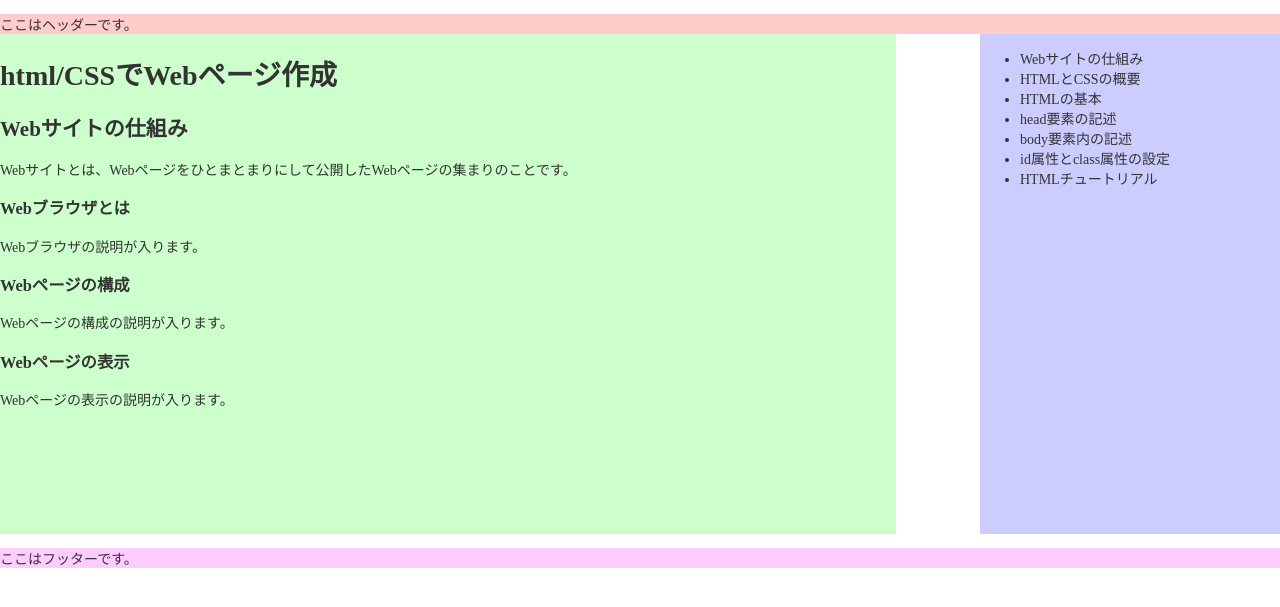
Repository: ichiro-fujii/kadai-commit
Page: lesson-htmlcss/kadai-html.html
The author's editor kept a record of every edit. The page is drawn from the files as they stood at one moment, then again after the next edit.
The browser window is 1280 px wide. The pictures show the whole page.

Above is the page before.

### lesson-htmlcss/kadai-html.html
<!DOCTYPE html>
<html lang="ja">
    <head>
        <meta charset="UTF-8">
        <title>HTML/CSSでＷｅｂページ作成</title>
        <link rel="stylesheet" href="kadai-css.css">
    </head>
    <body>
        <!--ここからヘッダー-->
        <header>
            <p>ここはヘッダーです。</p>
        </header>
        <!--wrapperはなぜ入れるのですか-->
        <div id="wrapper">
        <div id="main">
            <h1>html/CSSでWebページ作成</h1>
            <h2>Webサイトの仕組み</h2>
            <p>Webサイトとは、Webページをひとまとまりにして公開したWebページの集まりのことです。</p>
            <h3>Webブラウザとは</h3>
            <p>Webブラウザの説明が入ります。</p>
            <h3>Webページの構成</h3>
            <p>Webページの構成の説明が入ります。</p>
            <h3>Webページの表示</h3>
            <p>Webページの表示の説明が入ります。</p>
            </div>
            <nav id="menu">
                <ul>
                    <li>Webサイトの仕組み</li>
                    <li>HTMLとCSSの概要</li>
                    <li>HTMLの基本</li>
                    <li>head要素の記述</li>
                    <li>body要素内の記述</li>
                    <li>id属性とclass属性の設定</li>
                    <li>HTMLチュートリアル</li>
                </ul>
            </nav>
            </div>
            <footer>
            <p>ここはフッターです。</p>
        </footer>


    </body>
</html>

### lesson-htmlcss/kadai-css.css
@charset "UTF-8";
/*チャプター：全体の設定*/
body {

    margin: 0;
    padding: 0;
    color: #333;
    font-size: 14px;
}
header {
    height: 20px;
    background-color:#ffcccc;
    }
#wrapper {
    display: flex;
    justify-content:space-between;
}
#main {
    float: left;
    width: 70%;
    height: 500px;
    background-color: #ccffcc;
}
#menu {
    float: right;
    width: 300px;
    height: 500px;
    background-color: #ccccff;
}
footer {
    height: 20px;
    background-color: #ffccff;
}

After the next edit:
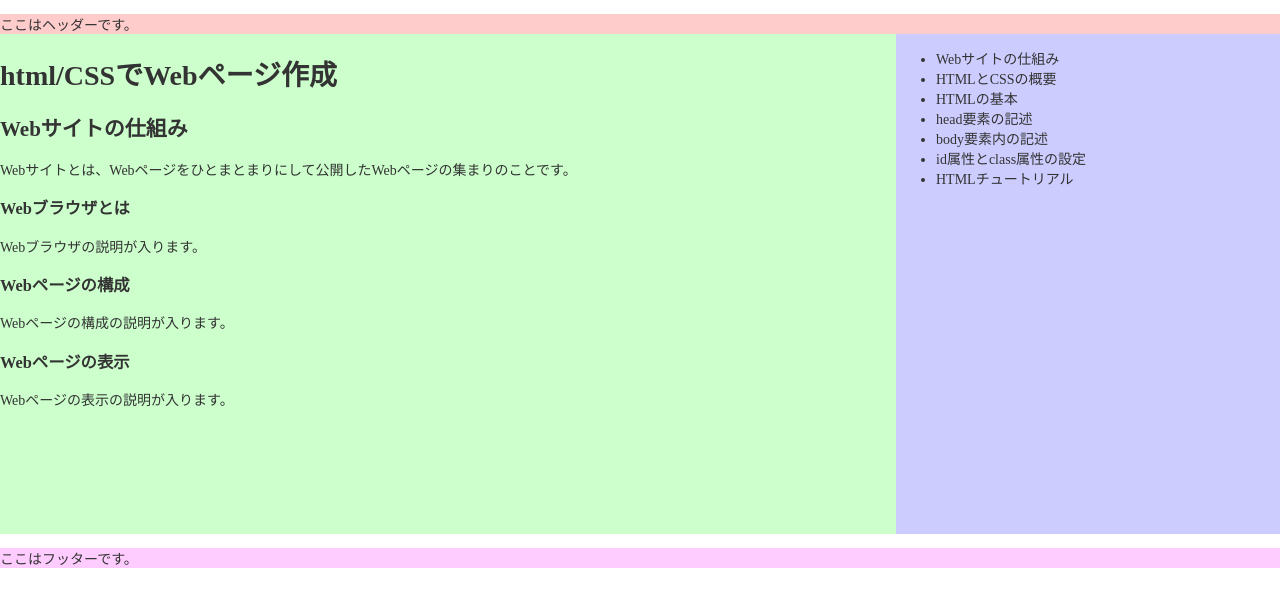
The edit:
--- a/lesson-htmlcss/kadai-css.css
+++ b/lesson-htmlcss/kadai-css.css
@@ -23,7 +23,7 @@
 }
 #menu {
     float: right;
-    width: 300px;
+    width: 30%;
     height: 500px;
     background-color: #ccccff;
 }
